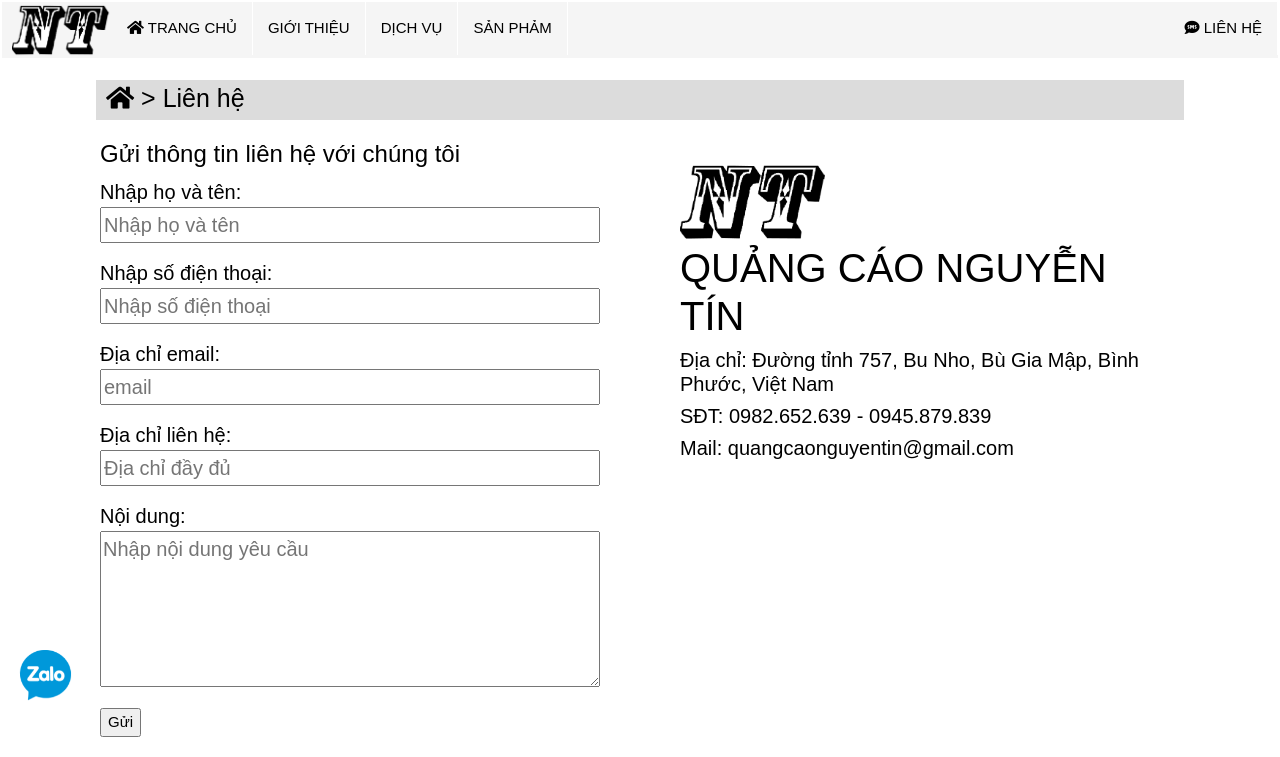
Repository: Haunguyen42193/quangcaonguyentin.github.io
Page: contact.html
An editor plug-in stored every save of this project. The page is shown before and after the next save, followed by the edit.
The browser window is 1280 px wide. The pictures show the part of the page from y = 0 to 757 px (the page is 1526 px tall).
Pictures or frames that could not be fetched are drawn as grey boxes. Some web fonts or font styles are not loaded; a fallback is used. Some web libraries are served in a nearby version.

Above is the page before, as saved 2021-09-17 17:34:42.

### contact.html
<!DOCTYPE html>
<html lang="en">
<head>
    <meta charset="UTF-8">
    <meta http-equiv="X-UA-Compatible" content="IE=edge">
    <meta name="viewport" content="width=device-width, initial-scale=1.0">
    <title>Quảng Cáo Nguyễn Tín</title>
    <link rel="shotcut icon" href="images/logo2.png"/>
    <link
    rel="stylesheet"
    href="https://cdnjs.cloudflare.com/ajax/libs/animate.css/4.1.1/animate.min.css"
    />
    <!--carousel-->
    <link href="https://cdn.jsdelivr.net/npm/bootstrap@5.1.0/dist/css/bootstrap.min.css" rel="stylesheet" integrity="sha384-KyZXEAg3QhqLMpG8r+8fhAXLRk2vvoC2f3B09zVXn8CA5QIVfZOJ3BCsw2P0p/We" crossorigin="anonymous">
    <!--font awesome-->
    <link rel="stylesheet" href="https://pro.fontawesome.com/releases/v5.10.0/css/all.css" integrity="sha384-AYmEC3Yw5cVb3ZcuHtOA93w35dYTsvhLPVnYs9eStHfGJvOvKxVfELGroGkvsg+p" crossorigin="anonymous"/>
    <!--css-->
    <link rel="stylesheet" href="CSS/stylecontact.css"/>
    <!--font chữ-->
    <link rel="preconnect" href="https://fonts.googleapis.com">
    <link rel="preconnect" href="https://fonts.gstatic.com" crossorigin>
    <link href="https://fonts.googleapis.com/css2?family=K2D:wght@600&display=swap" rel="stylesheet">
    <!-- JavaScript Bundle with Popper -->
    <script src="https://cdn.jsdelivr.net/npm/bootstrap@5.1.0/dist/js/bootstrap.bundle.min.js" integrity="sha384-U1DAWAznBHeqEIlVSCgzq+c9gqGAJn5c/t99JyeKa9xxaYpSvHU5awsuZVVFIhvj" crossorigin="anonymous"></script>
    <!--Jquery-->
    <script src="Js/jquery-3.6.0.min.js"></script>

</head>
<body>
    <script src="Js/main.js"></script>
    <nav class="header-menu">
        <div class="menu">
            <div class="logo">
                <a href="homepage.html"><img src="images/logo2.png" alt="bang quang cao tiem" id="logotiem"/></a>
            </div>
            <ul>
                <li><a href="homepage.html"><i class="fas fa-home"></i> TRANG CHỦ</a></li>
                <li><a href="#">GIỚI THIỆU</a></li>
                <li class="sub"><a href="homepage.html">DỊCH VỤ</a>
                    <ul class="menu subcontent">
                        <li><a href="#">LÀM BẢNG HIỆU LED</a></li>
                        <li><a href="#">LÀM BẢNG HIỆU ALU</a></li>
                        <li><a href="#">LÀM BẢNG HIỆU HỘP ĐÈN</a></li>
                        <li><a href="#">LÀM BẢNG HIỆU MICA</a></li>
                    </ul>
                </li>
                <li class="sub"><a href="#">SẢN PHẢM</a>
                    <ul class="menu subcontent">
                      <li><a href="#">BẢNG HIỆU HỘP ĐÈN</a></li>
                      <li><a href="#">MẶT DỰNG ALU</a></li>
                      <li><a href="#">BẢNG HIỆU CHỮ NỔI</a></li>
                      <li><a href="#">BẢNG HIỆU LED</a></li>
                    </ul>
                </li>
                <li><a href="contact.html"><i class="fas fa-sms"></i> LIÊN HỆ</a></li>
            </ul>
        </div>
      </nav>

      <!--go to top-->
      <div>
        <a id="goToTop" href="javascript:;"><i class="fas fa-chevron-up" title="GO TO TOP"></i></a>
      </div>
      <!--zalo-->
      <div class="zalo">
        <a href="https://zalo.me/0982652639" target="_blank"><img src="images/icon-zalo1.png"/></a>
      </div>
      <!--content of contact-->
    <section>
        <div class="contact-title">
            <div>
                <a href="homepage.html" title="Trang chủ"><i class="fas fa-home"></i></a>
                <span>></span>
                <span class="move">Liên hệ</span>
            </div>
        </div>
        <div class="contact">
            <div class="contact-info">
                <h4>Gửi thông tin liên hệ với chúng tôi</h4>
                <div class="nhap">
                    <p>Nhập họ và tên: </p><input type="text" placeholder="Nhập họ và tên" id="name"/>
                </div>
                <div class="nhap">
                    <p>Nhập số điện thoại:</p><input type="text" placeholder="Nhập số điện thoại" id="phone"/>
                </div>
                <div class="nhap">
                    <p>Địa chỉ email: </p><input type="text" placeholder="email" id="mail"/>
                </div>
                <div class="nhap">
                    <p>Địa chỉ liên hệ: </p><input type="text" placeholder="Địa chỉ đầy đủ" id="address/>
                </div>
                <div class="nhap">
                    <p>Nội dung:</p>
                    <textarea placeholder="Nhập nội dung yêu cầu" name="sNoidung" rows="5" id="request"></textarea>
                </div>
                <div class="submit">
                    <input type="button" value="Gửi" id="submit"/>
                </div>

            </div>
        </div>
        <section class="notice">
          <div class="popup">
            <a href="#">x</a>
            <input type="button" value="OK" id="ok"/>
          </div>
        </section>
        <div class="contact1">
            <div class="contact-info">
                <img src="images/logo2.png" alt="logo" class="foot-logo" />
                <h1>QUẢNG CÁO NGUYỄN TÍN</h1>
                <h2>Địa chỉ: Đường tỉnh 757, Bu Nho, Bù Gia Mập, Bình Phước, Việt Nam</h2>
                <h2>SĐT: 0982.652.639 - 0945.879.839</h2>
                <h2>Mail: quangcaonguyentin@gmail.com</h2>
            </div>
        </div>
    </section>
    <div class="google-map-contact">
        <iframe src="https://www.google.com/maps/embed?pb=!1m18!1m12!1m3!1d5524.536939975059!2d106.86915028708552!3d11.734195462804998!2m3!1f0!2f0!3f0!3m2!1i1024!2i768!4f13.1!3m3!1m2!1s0x31735d28dd4c295f%3A0xd023a3b16b598d53!2zVHLGsOG7nW5nIFRIUFQgTmd1eeG7hW4gS2h1eeG6v24gLSBCw7kgTmhv!5e0!3m2!1svi!2s!4v1629276927340!5m2!1svi!2s" style="border:0;" allowfullscreen="" loading="lazy"></iframe>"
      </div>
    <section>
        <div class="foot-contacts">
          <div class="foot-contact">
            <img src="images/logo2.png" alt="logo" class="foot-logo" />
            <h1>QUẢNG CÁO NGUYỄN TÍN</h1>
            <h2>Địa chỉ: Đường tỉnh 757, Bu Nho, Bù Gia Mập, Bình Phước, Việt Nam</h2>
            <h2>SĐT: 0982.652.639 - 0945.879.839</h2>
            <h2>Mail: quangcaonguyentin@gmail.com</h2>
          </div>
          <div class="foot-service">
            <div class="foot-service-title">
              <h1>DANH MỤC DỊCH VỤ</h1>
            </div>
            <h2><a href="#">Làm bảng hiệu LED</a></h2>
            <h2><a href="#">Làm bảng hiệu ALU</a></h2>
            <h2><a href="#">Làm bảng hiệu HỘP ĐÈN</a></h2>
            <h2><a href="#">Làm bảng hiệu MICA</a></h2>
          </div>
          <div class="foot-product">
            <div class="foot-service-title">
              <h1>DANH MỤC SẢN PHẨM</h1>
            </div>
            <h2><a href="#">Làm bảng hiệu LED</a></h2>
            <h2><a href="#">Làm bảng hiệu ALU</a></h2>
            <h2><a href="#">Làm bảng hiệu HỘP ĐÈN</a></h2>
            <h2><a href="#">Làm bảng hiệu MICA</a></h2>
          </div>
        </div>
      </section>
      <!--foot-->
      <div class="web-foot">
        <h2>QUẢNG CÁO NGUYỄN TÍN &#10052 2021</h2>
      </div>
</body>
</html>

### CSS/stylecontact.css
body {
    font-family: 'K2D', sans-serif;
    font-size: 15px;
    background-color: white;
    background-repeat: no-repeat;
    background-attachment: fixed;
}
/*menu*/
.header-menu{
    width:100%;
    background-color: whitesmoke;
    padding-left: 10px;
    border: 2px solid white;
    position: fixed;
    z-index:99;
    top:0;
    left:0;
}
img#logotiem{
    width:100px;
    float:left;
}
div.menu > ul{
    display:flex;
    /* justify-content: center;
    align-items: center; */
}
div.menu ul{
    list-style-type: none;
    margin: 0;
    padding:0;
    background-color: whitesmoke;
}
div.menu ul li:last-child{
    margin-left: auto;
}
.subcontent{
    display:none;
    background: linear-gradient(gray, rgb(224, 222, 222));
}
.sub:hover .subcontent{
    display: block;
    position:absolute;
    width: 230px;
}

div.menu ul li{
    margin-bottom: 0px;
    position:relative;
    border-right: 1px solid white;
}

div.menu ul li a::before{
    content: '';
     position: absolute;
     bottom: -7px;
     left: 0px;
     width: 100%;
     height: 5px;
     background-color: #0cacdd;
     border-radius: 8px 8px 0 0;
     opacity: 0;
     transition: 0.3s;
}

div.menu ul li a:hover:before{
    opacity: 1;
    bottom:0;
}
div.menu ul li a{
    text-decoration: none;
    display: block;
    padding: 15px;
}
a:link{
    color:black;
}
a:visited{
    color:black;
}
a:hover{
    background-color: rgb(37, 32, 32);
    color: #2591d8;
}
a:active{
    color:rgb(35, 23, 201);
}

.subcontent::before{
    content: " ";
    border-width: 10px;
    border-style: solid;
    border-color:transparent transparent gray transparent;
    position: absolute;
    bottom: 100%;
    left:15%;
}
/*gototop*/
#goToTop {
    position: fixed;
    font-size: 30px;
    border-radius: 50%;
    z-index: 99;
    padding: 0 10px;
    border: 2px solid red;
    color: red;
    opacity: 0.5;
    right: 10px;
    bottom: 10px;
}
/*zalo*/
.zalo{
    position: fixed;
    z-index: 999;
    left: 20px;
    bottom: 20px;
    width: 4%;
}
.zalo img{
    width: 100%;
    animation:zalo-ring 1s infinite ease-in-out;
}
.zalo > a:hover{
    background-color: transparent;
}
@keyframes zalo-ring{
    0%{
    transform:rotate(0) scale(1) skew(1deg)
    }
    10%{
        transform:rotate(-25deg) scale(1.05) skew(1deg)
    }
    20%{
        transform:rotate(25deg) scale(1) skew(1deg)
    }
    30%{
        transform:rotate(-25deg) scale(1.05) skew(1deg)
    }
    40%{
        transform:rotate(25deg) scale(1) skew(1deg)
    }
    50%{
        transform:rotate(0) scale(1) skew(1deg)
    }
    100%{
        transform:rotate(0) scale(1) skew(1deg)
    }
}
/*foot contact*/
.foot-contacts {
    display: flex;
    position: relative;
    top: 120px;
    justify-content: center;
}
.foot-contacts h2{
    font-size: 15px;
}
.foot-contact {
    display: flex;
    width: 350px;
    flex-wrap: wrap;
    width: 25%;
}
.foot-logo{
    width:30%;
}
.foot-contact h1{
    width: 50%;
    font-size: 25px;
}
.foot-service{
    position: relative;
    border-right: 1px solid gray;
    width:25%;
    padding: 0 50px;
    border-left: 1px solid gray;
}
.foot-product{
    position: relative;
    width: 25%;
    padding: 0 50px;
}
.foot-service-title h1{
    font-size: 20px;
    padding-bottom: 10px;
    padding-top: 10px;
}
.foot-contacts a{
    text-decoration: none;
}
.foot-contacts a:link{
    color: #4b7494;
}
.foot-contacts a:visited{
    color: #4b7494;
}
.foot-contacts a:hover{
    color: #0c0e0f;
    background-color: white;
}
.foot-contacts a:active{
    color: #124c79;
}
/*web foot*/
.web-foot{
    background-color: gray;
    position: relative;
    top: 80px;
    padding: 15px;
    margin-top: 60px;
}
.web-foot > h2{
    text-align: center;
    font-size: 15px;
}
/*contact*/
.contact {
    color: black;
    position: relative;
    top:100px;
    left: 100px;
    width: 500px;
    border-radius: 5px;
}
.contact1 {
    color: black;
    position: absolute;
    top:160px;
    right: 100px;
    width: 500px;
    border-radius: 5px;
}
.contact-title{
    color: black;
    position: relative;
    top: 80px;
    width: 85%;
    margin: auto;
    height: 40px;
    background-color: gainsboro;
    font-size: 25px;
}
.contact-title div{
    padding-left: 10px;
}
.contact-title a:hover{
    background-color: transparent;
    color: black;
}
.contact-info p{
    font-size: 20px;
    position: relative;
    margin: 0;
}
.nhap input, textarea{
    font-size: 20px;
    width: 100%;
    margin-bottom: 15px;
}
.contact1 h2{
    font-size: 20px;
}
.popup{
    position: fixed;
    width: 30%;
    height: 400px;
    background-color: rgb(238, 238, 238);
    z-index: 99;
    top: 10%;
    left:35%;
    box-shadow: 3px 3px 3px black;
}
.popup a{
    padding: 0 8px 5px;
    text-decoration: none;
    position: absolute;
    top: 0;
    left: 0;
    color: black;
    opacity: 0;
}
.popup a:hover{
    background-color: red;
    color: white;
    outline: 1px groove white;
}
#ok{
    position: absolute;
    bottom: 3px;
    right: 5px;
    width: 60px;
}
/*contact-map*/
.google-map-contact iframe{
    position: relative;
    top:120px;
    width: 100%;
    height:500px;
}

### Js/main.js

$(document).ready(function() {
    $("#goToTop").hide()
    $(window).scroll(function() {

        if($(this).scrollTop() >= 80)
            $("#goToTop").show("slow");
        else
            $("#goToTop").hide("slow");

    })
    $("#goToTop").click(function() {
        $("html, body").animate({
            scrollTop: 0
        }, 1000);
    })
    $(".popup").fadeOut()
    $("#submit").click(function(){
        $(".popup").fadeOut()
    })
})

Loaded but not shown: Js/jquery-3.6.0.min.js (library)

After the next save:
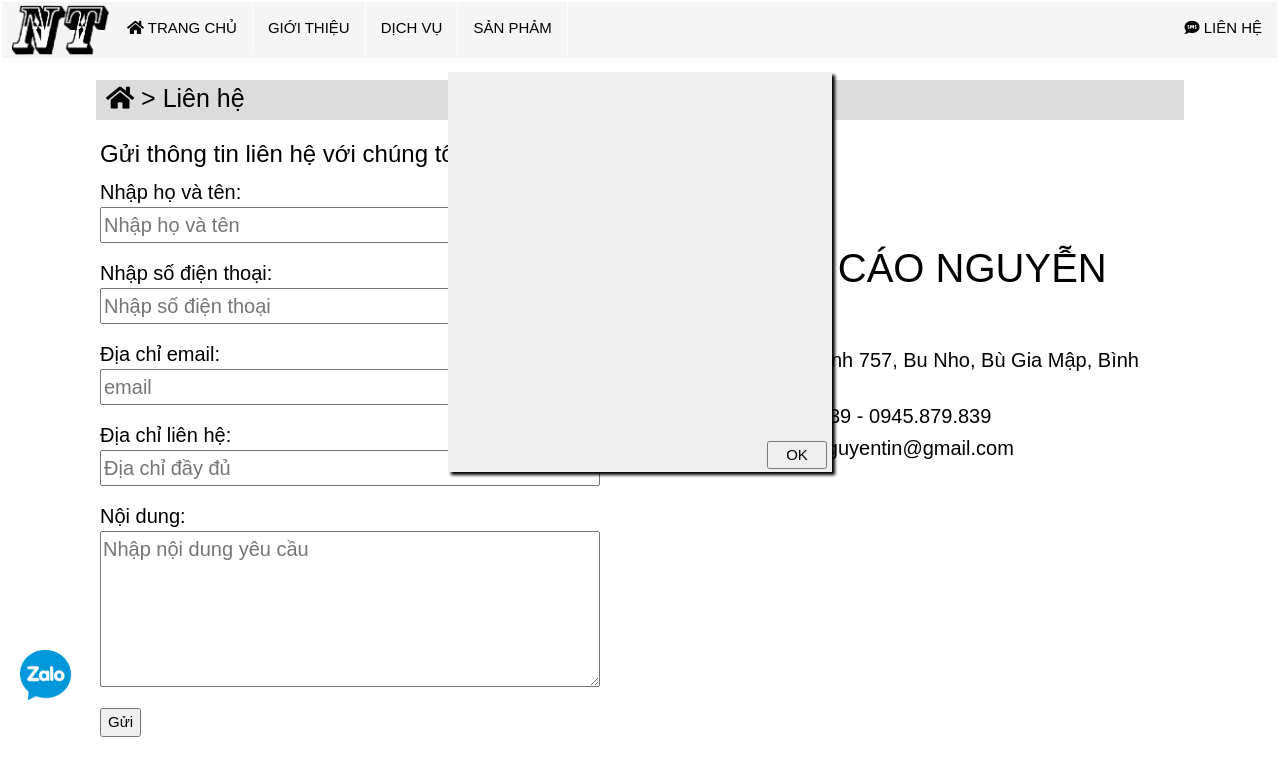
Saved 11 s later.
--- a/Js/main.js
+++ b/Js/main.js
@@ -14,8 +14,7 @@ $(document).ready(function() {
             scrollTop: 0
         }, 1000);
     })
-    $(".popup").fadeOut()
     $("#submit").click(function(){
-        $(".popup").fadeOut()
+        $(".popup").fadeIn(1, 1000)
     })
 })

After the save that followed:
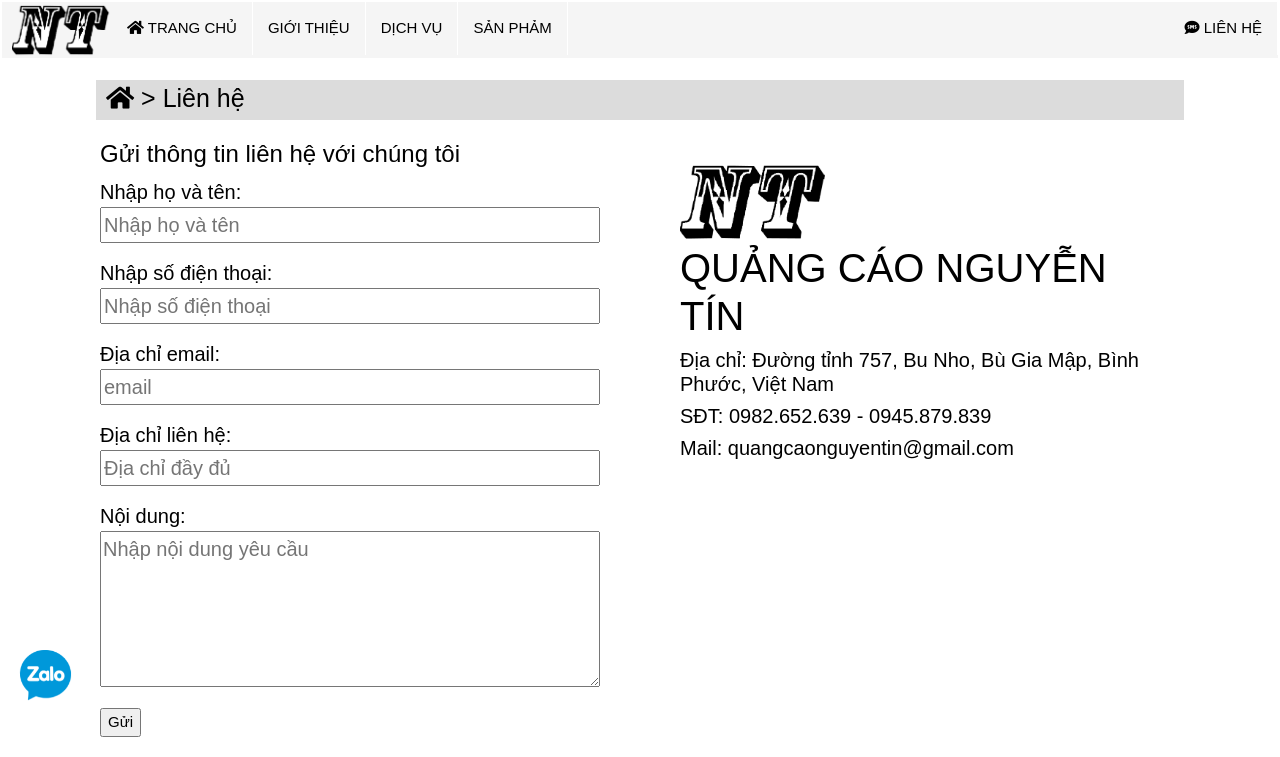
Saved 22 s later.
--- a/CSS/stylecontact.css
+++ b/CSS/stylecontact.css
@@ -270,6 +270,7 @@ a:active{
     top: 10%;
     left:35%;
     box-shadow: 3px 3px 3px black;
+    opacity: 0;
 }
 .popup a{
     padding: 0 8px 5px;
@@ -278,7 +279,7 @@ a:active{
     top: 0;
     left: 0;
     color: black;
-    opacity: 0;
+
 }
 .popup a:hover{
     background-color: red;
